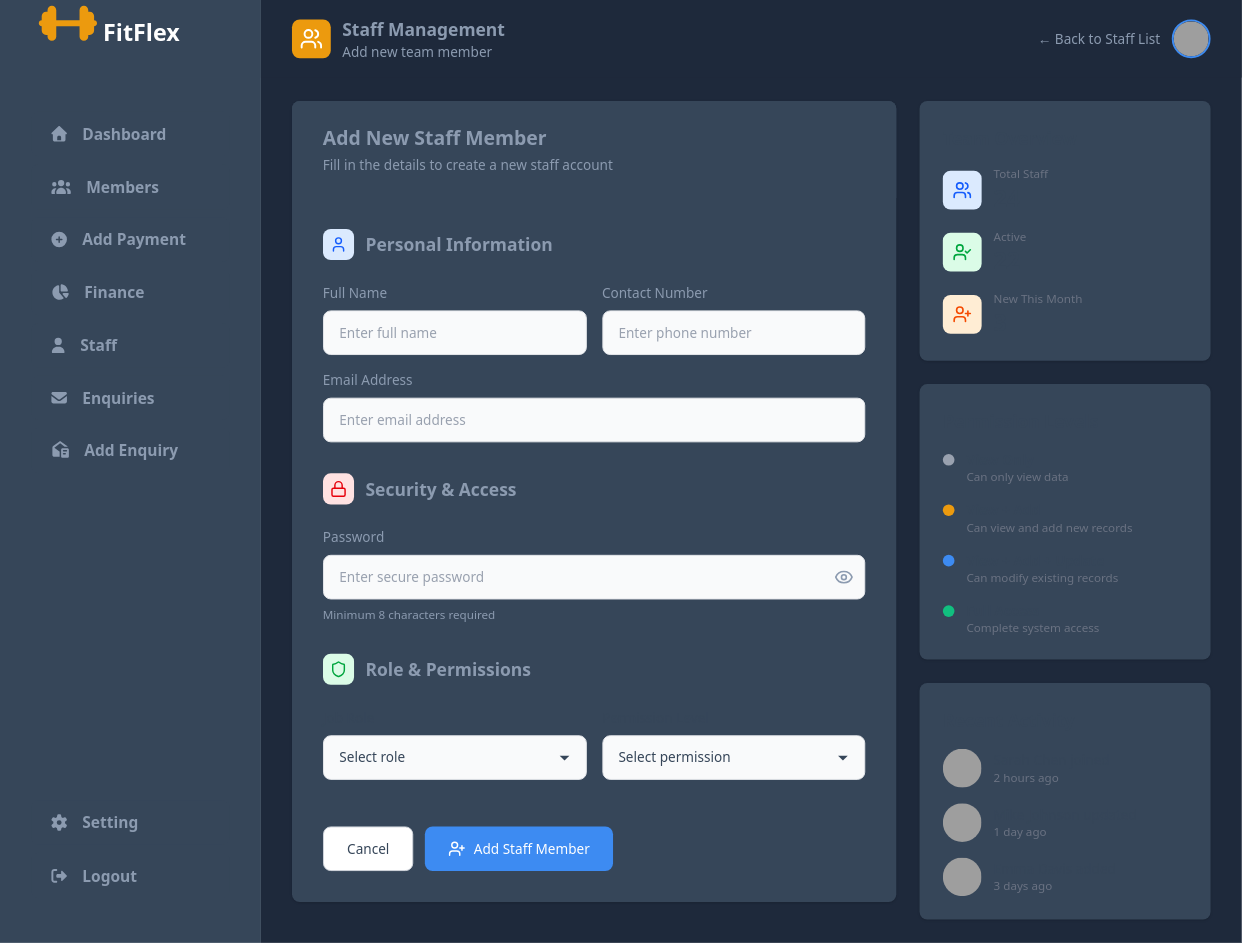
Repository: MuhammadTalhaTaj/gym_management_app_backend
Page: /addstaff (app in frontend/)
An editor plug-in stored every save of this project. The page is shown before and after a run of saves, followed by the edit.
The browser window is 1280 px wide. The pictures show the whole page, at 97% of full size.
Pictures or frames that could not be fetched are drawn as grey boxes. The project was rebuilt for these pictures with package versions that can differ from the ones it lists, and the page was loaded fresh each time. Also part of the build but not shown: frontend/vite.config.ts, frontend/src/assets/styles/AdminHeader.css, frontend/src/Components/AdminHeader.tsx, frontend/src/assets/styles/AdminDashboard.css, frontend/src/hooks/useDashboardData.ts, frontend/src/assets/styles/AdminDashboardStats.css, frontend/src/Components/AdminDashboardStats.tsx, frontend/src/Components/IncomeExpenseChart.tsx and 31 more.

Above is the page before, as saved 2025-11-21 10:44:28.

After the next 3 saves:
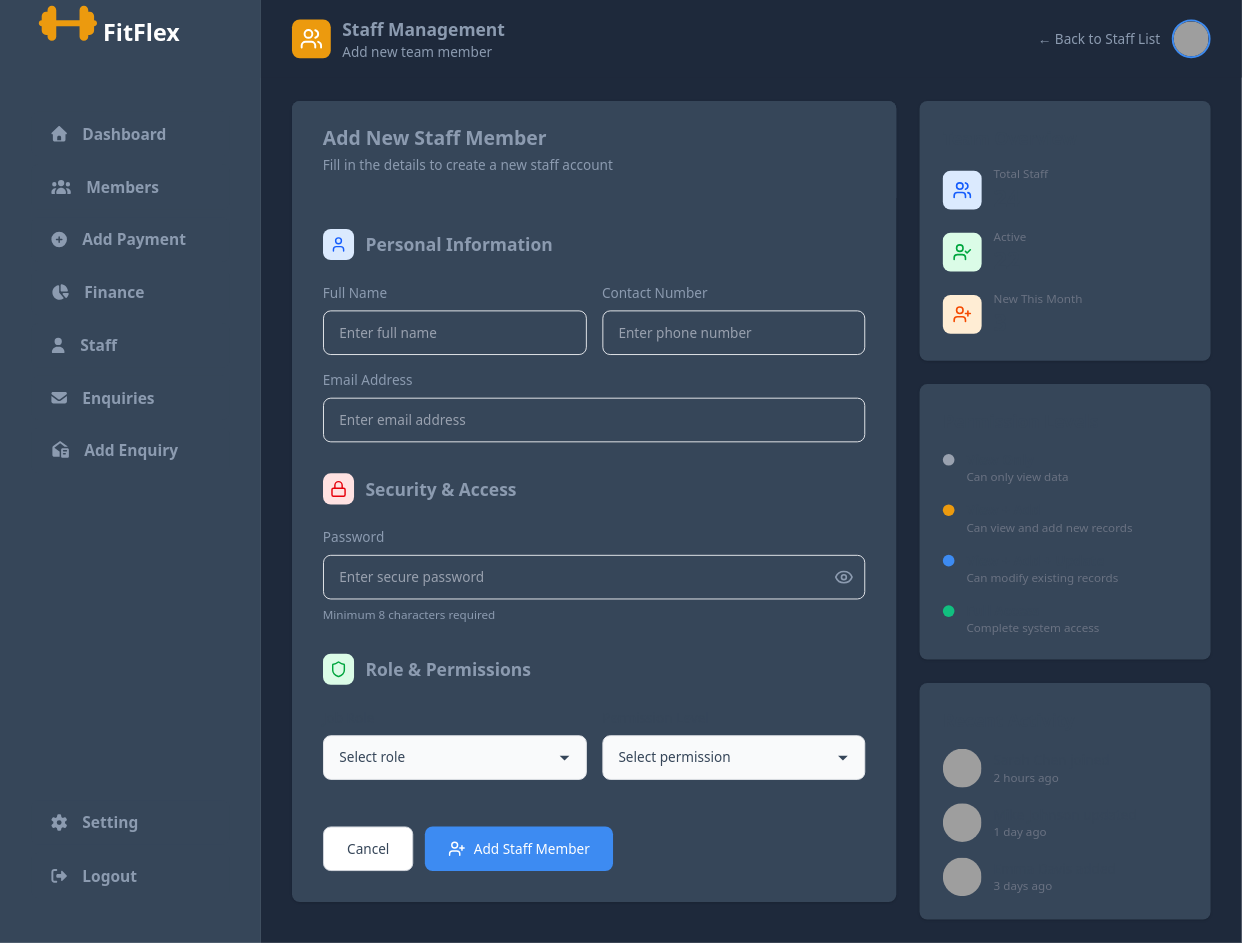
The 3 saves are shown as one change because they came seconds apart.
The last was saved 11 s later.
--- a/frontend/src/pages/Admin/AddStaff.tsx
+++ b/frontend/src/pages/Admin/AddStaff.tsx
@@ -95,7 +95,7 @@ const Input = ({ label, placeholder, type = 'text', value, onChange, showPasswor
         placeholder={placeholder}
         value={value}
         onChange={onChange}
-        className="w-full px-4 py-3 bg-gray-50 border border-gray-200 rounded-lg text-sm text-[var(--primary-100)] placeholder-gray-400 focus:outline-none focus:ring-2 focus:ring-[var(--tertiary-400)] focus:border-transparent transition-all"
+        className="w-full px-4 py-3 bg-[var(--primary-100)] border border-gray-200 rounded-lg text-sm text-[var(--primary-100)] placeholder-gray-400 focus:outline-none focus:ring-2 focus:ring-[var(--tertiary-400)] focus:border-transparent transition-all"
       />
       {showPasswordToggle && (
         <button
